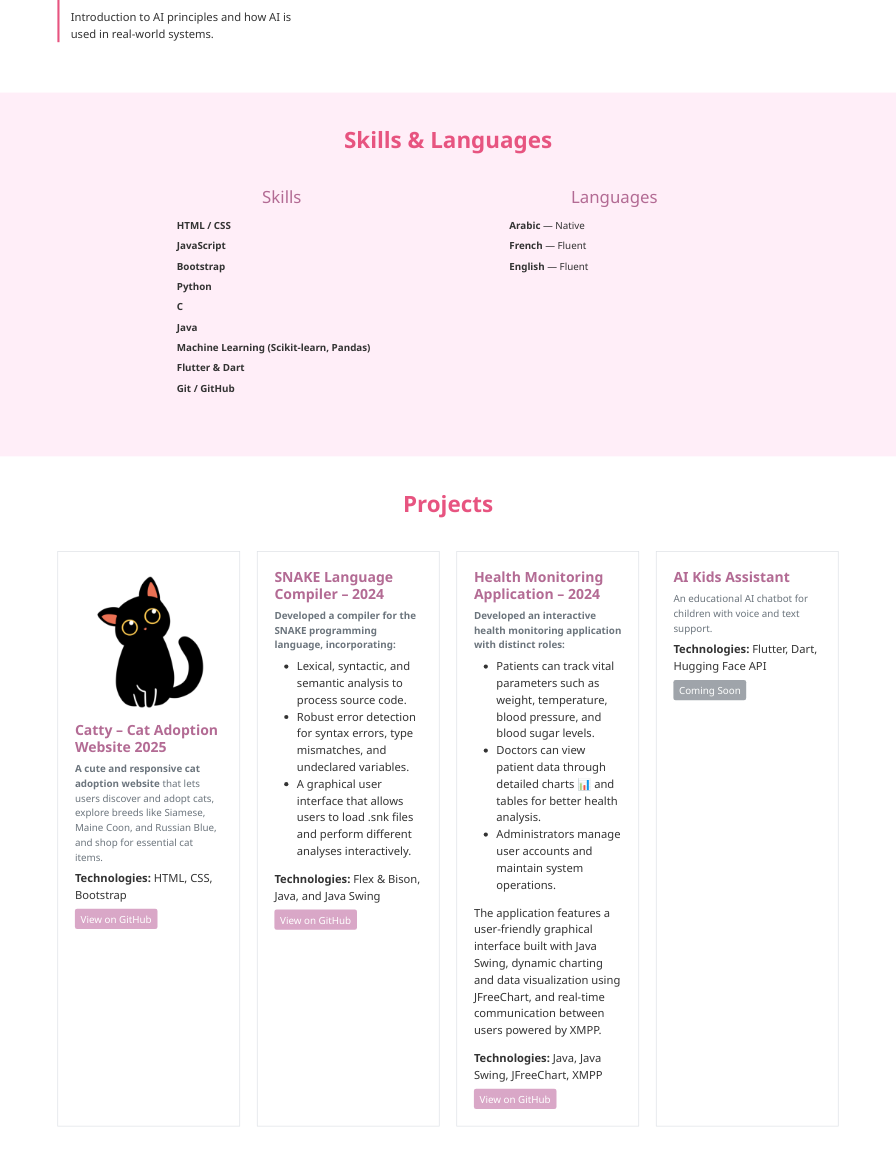
Repository: rihebtlh/portfolio
Page: new.html
An editor plug-in stored every save of this project. The page is shown before and after a run of saves, followed by the edit.
The browser window is 1280 px wide. The pictures show the part of the page from y = 1985 to 3905 px (the page is 3643 px tall before and 3905 px after), at 70% of full size.

Above is the page before, as saved 2025-07-02 16:23:42.

After the next 3 saves:
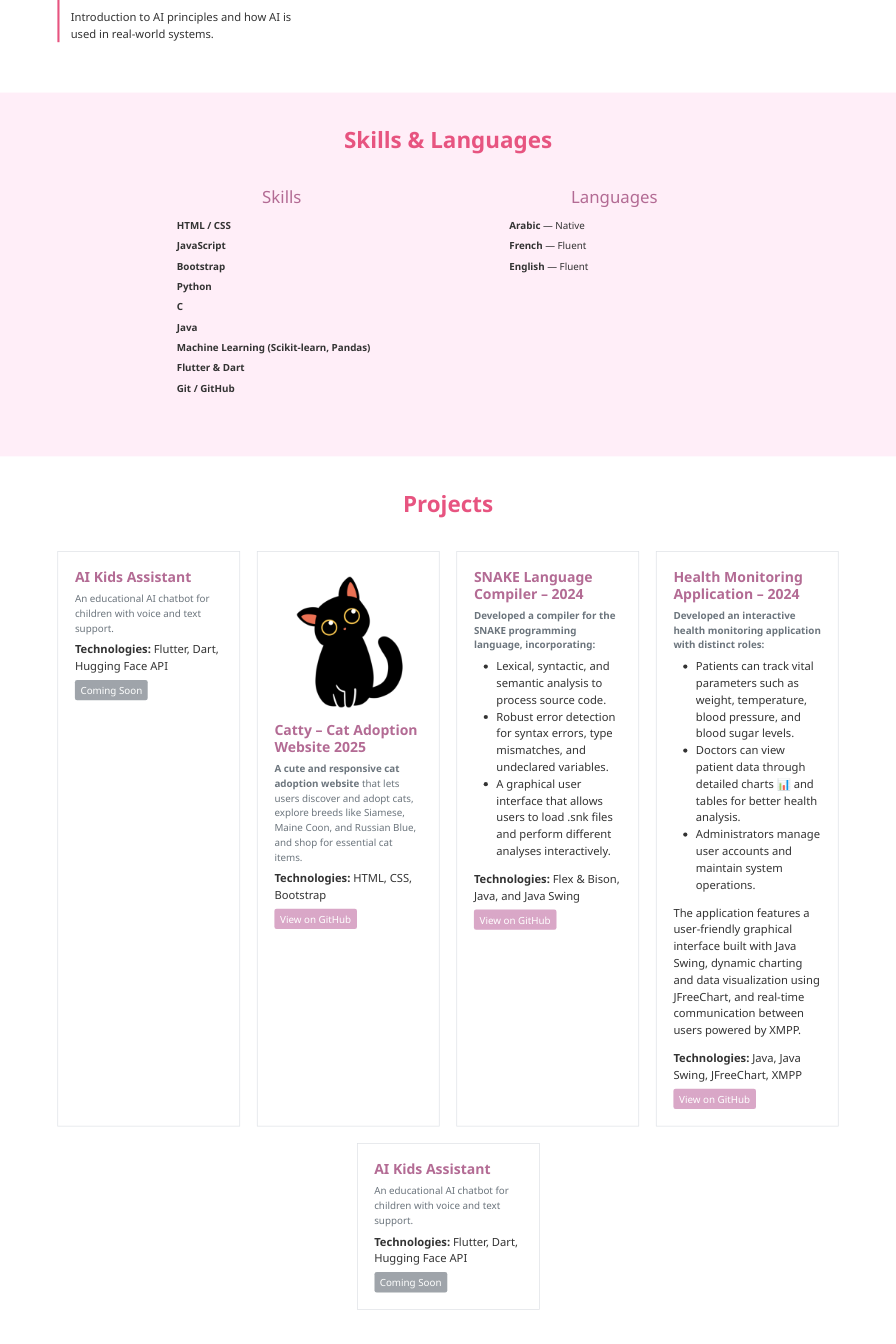
The 3 saves are shown as one change because they came seconds apart.
The last was saved 18 s later.
--- a/new.html
+++ b/new.html
@@ -261,7 +261,14 @@
         <h2 class="mb-5 text-center" style="color: #e75480;">Projects</h2>
 
         <div class="row justify-content-center g-4">
-
+          <div class="col-md-3">
+            <div class="p-4 border rounded-4 h-100" style="border-color: #ffd6e8;">
+              <h5 class="fw-bold" style="color: #b36b94;">AI Kids Assistant</h5>
+              <p class="text-muted small mb-2">An educational AI chatbot for children with voice and text support.</p>
+              <p class="mb-2"><strong>Technologies:</strong> Flutter, Dart, Hugging Face API</p>
+              <a href="#" target="_blank" class="btn btn-sm btn-secondary disabled">Coming Soon</a>
+            </div>
+          </div>
           <!-- Project 1 -->
           <div class="col-md-3">
             <div class="p-4 border rounded-4 h-100" style="border-color: #ffd6e8; background-color: #fff;">
